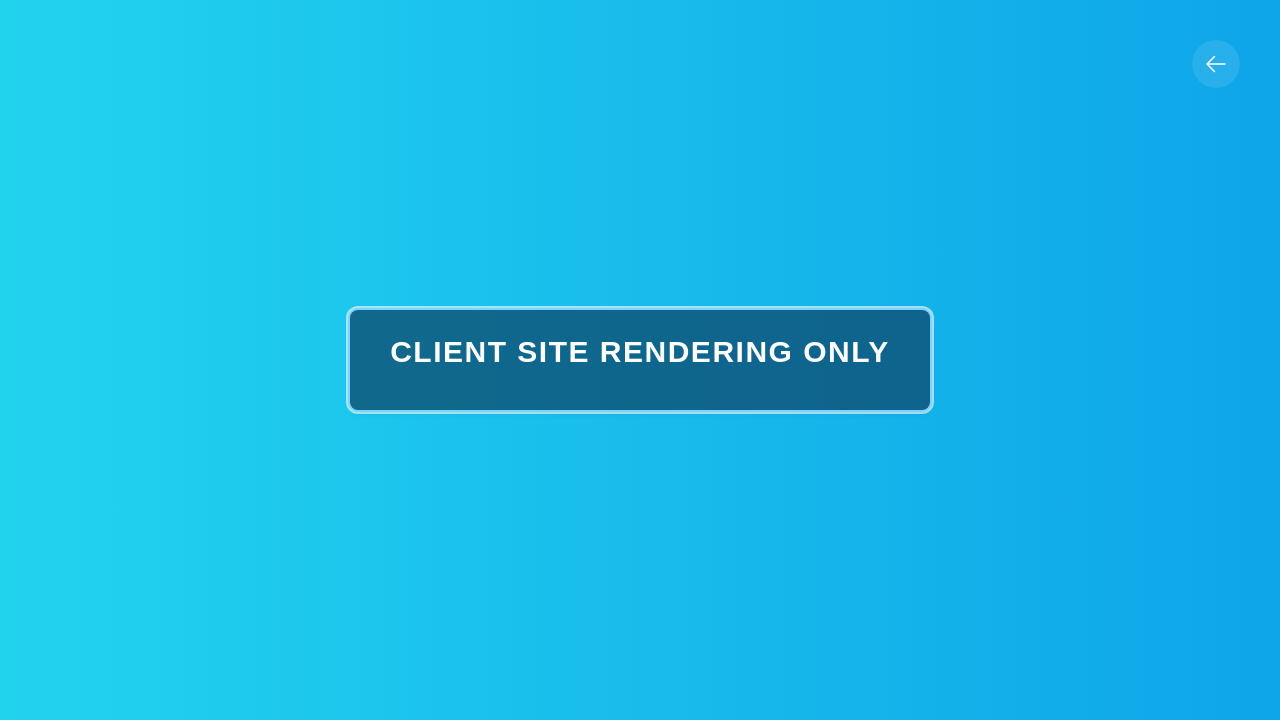
Repository: Marcus20119/Study_nextjs
Page: /CSR/CSROnly
The author's editor kept a copy of each file at every save. The page is drawn from the files as they stood at one save, then again after the next save.
The browser window is 1280 px wide. The pictures show the whole page.
The project was rebuilt for these pictures with package versions that can differ from the ones it lists, and the page was loaded fresh each time. The framework's server and built-in components were replaced by stand-ins that run in the browser. Also part of the build but not shown: next.config.js.

Above is the page before, as saved 2023-04-06 13:25:33.

### pages/CSR/CSROnly.tsx
import Container from '@/components/Container';

interface ICSROnly {}

const CSROnly: React.FC<ICSROnly> = ({}) => {
  return (
    <Container label="Client Site Rendering Only">
      <div></div>
    </Container>
  );
};

export default CSROnly;

### styles/globals.css
@tailwind base;
@tailwind components;
@tailwind utilities;

:root {
  --tw-gradient-from: #38bdf8;
  --tw-gradient-to: #2563eb;
  --tw-gradient-stops: var(--tw-gradient-from), var(--tw-gradient-to);
}
body {
  font-family: 'Epilogue', sans-serif;
  -webkit-font-smoothing: antialiased;
  -moz-osx-font-smoothing: grayscale;
  -webkit-tap-highlight-color: transparent;
  background-image: linear-gradient(to right, var(--tw-gradient-stops));
}
body::-webkit-scrollbar {
  width: 14px;
  height: 14px;
  background-color: transparent;
}

body::-webkit-scrollbar-thumb {
  border-radius: 10px;
  background-color: #a9a9a9aa;
  -webkit-background-clip: padding-box; /* for Safari */
  background-clip: padding-box;
}

input,
textarea {
  outline: none;
}
* {
  margin: 0;
  padding: 0;
  -webkit-tap-highlight-color: transparent;
  box-sizing: border-box;
  scroll-behavior: smooth !important;
  /* transition-property: all;
  transition-timing-function: cubic-bezier(0.4, 0, 0.2, 1);
  transition-duration: 150ms; */
}
a {
  text-decoration: none !important;
}
li {
  list-style: none;
}
select {
  -webkit-appearance: none;
  -moz-appearance: none;
  outline: none;
}
td {
  vertical-align: middle;
  height: 44.8px;
}

### components/Container.tsx
import BackButton from './BackButton';

interface IContainer {
  label: string;
  children: React.ReactNode;
}

const Container: React.FC<IContainer> = ({ label, children }) => {
  return (
    <>
      <div
        className="flex justify-center items-center w-screen h-screen"
        style={{
          backgroundImage: 'linear-gradient(to right,#22d3ee, #0ea5e9)',
        }}
      >
        <div className="flex flex-col min-w-[500px] max-w-[700px] bg-sky-900/75 px-10 py-6 rounded-lg ring-2 ring-offset-2 ring-offset-sky-300 ring-opacity-60 ring-white shadow-md">
          <h1 className="text-white text-3xl font-bold tracking-wider">
            {label.toUpperCase()}
          </h1>
          <div className="mt-4 text-sky-100">{children}</div>
        </div>
      </div>
      <BackButton />
    </>
  );
};

export default Container;

### components/BackButton.tsx
import { useRouter } from 'next/router';

interface IBackButton {}

const BackButton: React.FC<IBackButton> = ({}) => {
  const router = useRouter();
  return (
    <button
      className="fixed top-10 right-10 flex justify-center items-center rounded-full w-12 h-12 bg-white/10 py-3 text-white text-lg font-bold hover:bg-white/90 hover:text-cyan-700"
      onClick={() => router.back()}
    >
      <svg
        xmlns="http://www.w3.org/2000/svg"
        fill="none"
        viewBox="0 0 24 24"
        strokeWidth={1.5}
        stroke="currentColor"
        className="w-6 h-6"
      >
        <path
          strokeLinecap="round"
          strokeLinejoin="round"
          d="M10.5 19.5L3 12m0 0l7.5-7.5M3 12h18"
        />
      </svg>
    </button>
  );
};

export default BackButton;

### components/TestComponent.tsx
interface ITestComponent {}

const TestComponent: React.FC<ITestComponent> = ({}) => {
  return (
    <div className="flex justify-center items-center rounded-lg w-12 h-12 text-lg font-bold bg-white/90 text-cyan-700">
      This is a Test Component
    </div>
  );
};

export default TestComponent;

Loaded but not shown: pages/_app.tsx (common file); pages/_document.tsx (common file); tailwind.config.js (common file)

After the next save:
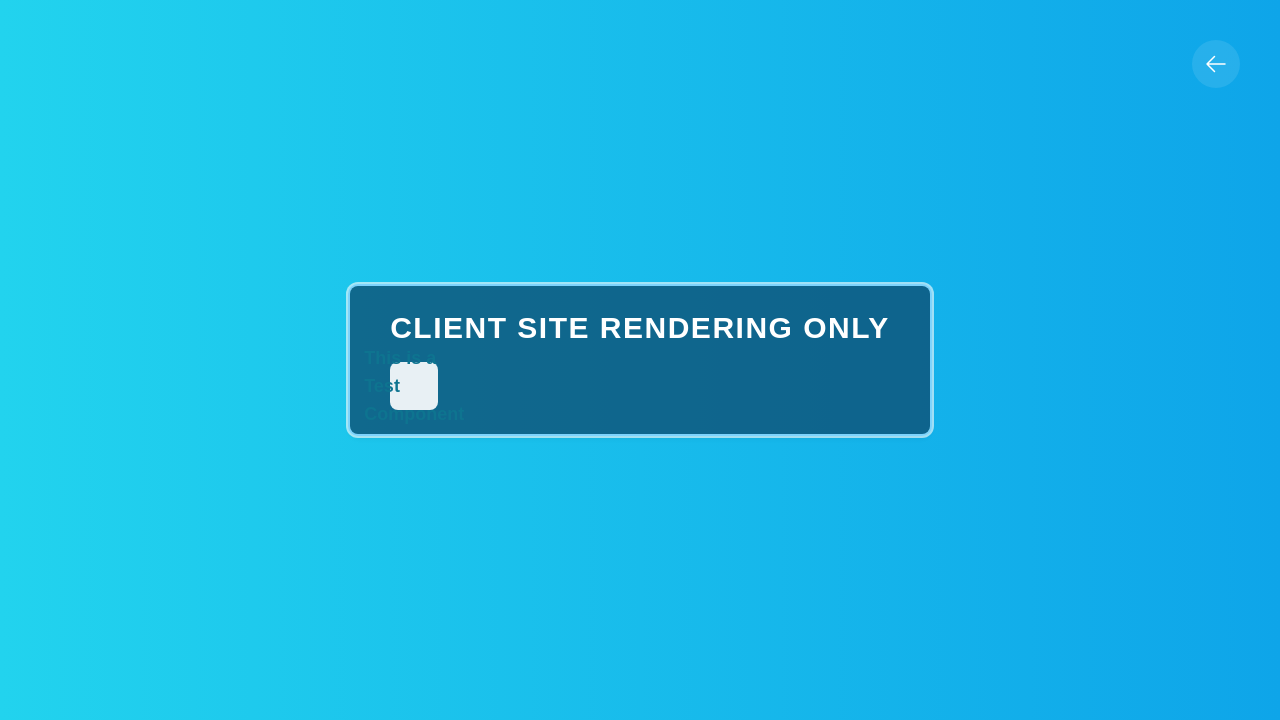
Saved 106 s later.
--- a/pages/CSR/CSROnly.tsx
+++ b/pages/CSR/CSROnly.tsx
@@ -1,11 +1,17 @@
 import Container from '@/components/Container';
+import dynamic from 'next/dynamic';
+
+const DynamicComponentWithNoSSR = dynamic(
+  () => import('@/components/TestComponent'),
+  { ssr: false }
+);
 
 interface ICSROnly {}
 
 const CSROnly: React.FC<ICSROnly> = ({}) => {
   return (
     <Container label="Client Site Rendering Only">
-      <div></div>
+      <DynamicComponentWithNoSSR />
     </Container>
   );
 };
